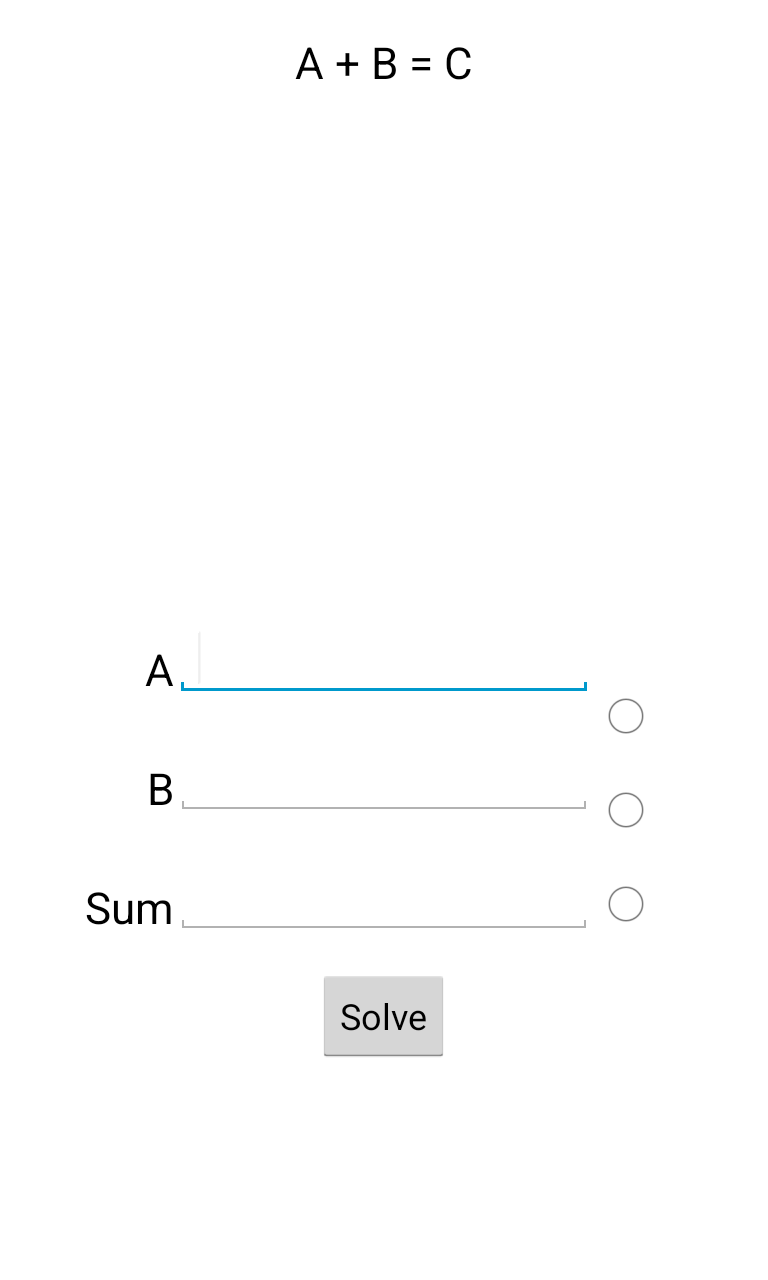
Repository: dtri123/Equation-Station
Layout: TheEquationStation/res/layout/addition_page.xml
An editor plug-in stored every save of this project. The layout is shown before and after the next save, followed by the edit.
It is drawn on a 768 x 1280 px phone screen (xhdpi) without system bars, with theme AppTheme; the app's code is not run.

Above is the layout before, as saved 2013-07-18 17:25:04.

### TheEquationStation/res/layout/addition_page.xml
<?xml version="1.0" encoding="utf-8"?>
<RelativeLayout xmlns:android="http://schemas.android.com/apk/res/android"
    xmlns:tools="http://schemas.android.com/tools"
    android:layout_width="match_parent"
    android:layout_height="match_parent"
    android:paddingBottom="@dimen/activity_vertical_margin"
    android:paddingLeft="@dimen/activity_horizontal_margin"
    android:paddingRight="@dimen/activity_horizontal_margin"
    android:paddingTop="@dimen/activity_vertical_margin"
    tools:context=".Addition_Page" >

     <Button
        android:id="@+id/add_button"
        android:layout_width="wrap_content"
        android:layout_height="wrap_content"
        android:layout_alignParentBottom="true"
        android:layout_centerHorizontal="true"
        android:layout_marginBottom="92dp"
        android:text="Solve" />

    <TextView
        android:id="@+id/textView1"
        android:layout_width="wrap_content"
        android:layout_height="wrap_content"
        android:layout_centerHorizontal="true"
        android:text="A + B = C"
        android:textAppearance="?android:attr/textAppearanceLarge" />

    <RadioGroup
        android:id="@+id/group1"
        android:layout_width="fill_parent"
        android:layout_height="wrap_content"
        android:layout_alignBottom="@+id/editText_AddSum"
        android:layout_toRightOf="@+id/editText_AddSum"
        android:orientation="vertical" >

        <RadioButton
            android:id="@+id/radioButtonAddA"
            android:layout_width="wrap_content"
            android:layout_height="wrap_content" />


		<RadioButton
			android:id="@+id/radioButtonAddB"
			android:layout_width="wrap_content"
			android:layout_height="wrap_content"
			android:layout_marginTop="15dp" />

		<RadioButton
			android:id="@+id/radioButtonSum"
			android:layout_width="wrap_content"
			android:layout_height="wrap_content"
			android:layout_marginTop="15dp"/>
	</RadioGroup>

    <EditText
        android:id="@+id/editText_AddSum"
        android:layout_width="wrap_content"
        android:layout_height="wrap_content"
        android:layout_above="@+id/add_button"
        android:layout_marginBottom="16dp"
        android:layout_centerHorizontal="true"
        android:ems="10"
        android:inputType="numberDecimal" />

    <EditText
        android:id="@+id/editText_AddB"
        android:layout_width="wrap_content"
        android:layout_height="wrap_content"
        android:layout_above="@+id/editText_AddSum"
        android:layout_centerHorizontal="true"
        android:layout_marginBottom="20dp"
        android:ems="10"
        android:inputType="numberDecimal" />

    <TextView
        android:id="@+id/textView4"
        android:layout_width="wrap_content"
        android:layout_height="wrap_content"
        android:layout_alignBottom="@+id/editText_AddB"
        android:layout_toLeftOf="@+id/editText_AddB"
        android:text="B"
        android:textAppearance="?android:attr/textAppearanceLarge" />

    <TextView
        android:id="@+id/textView3"
        android:layout_width="wrap_content"
        android:layout_height="wrap_content"
        android:layout_alignBottom="@+id/editText_AddA"
        android:layout_toLeftOf="@+id/editText_AddA"
        android:text="A"
        android:textAppearance="?android:attr/textAppearanceLarge" />

    <TextView
        android:id="@+id/TextView01"
        android:layout_width="wrap_content"
        android:layout_height="wrap_content"
        android:layout_alignBottom="@+id/editText_AddSum"
        android:layout_toLeftOf="@+id/editText_AddSum"
        android:text="Sum"
        android:textAppearance="?android:attr/textAppearanceLarge" />

    <EditText
        android:id="@+id/editText_AddA"
        android:layout_width="wrap_content"
        android:layout_height="wrap_content"
        android:layout_above="@+id/editText_AddB"
		android:layout_centerHorizontal="true"
        android:layout_marginBottom="20dp"
        android:ems="10"
        android:inputType="numberDecimal" >

        <requestFocus />
    </EditText>

</RelativeLayout>

Loaded but not shown: TheEquationStation/res/values/styles.xml (common file); TheEquationStation/res/values-v11/styles.xml (common file); TheEquationStation/res/values-v14/styles.xml (common file); TheEquationStation/res/values/dimens.xml (common file)

After the next save:
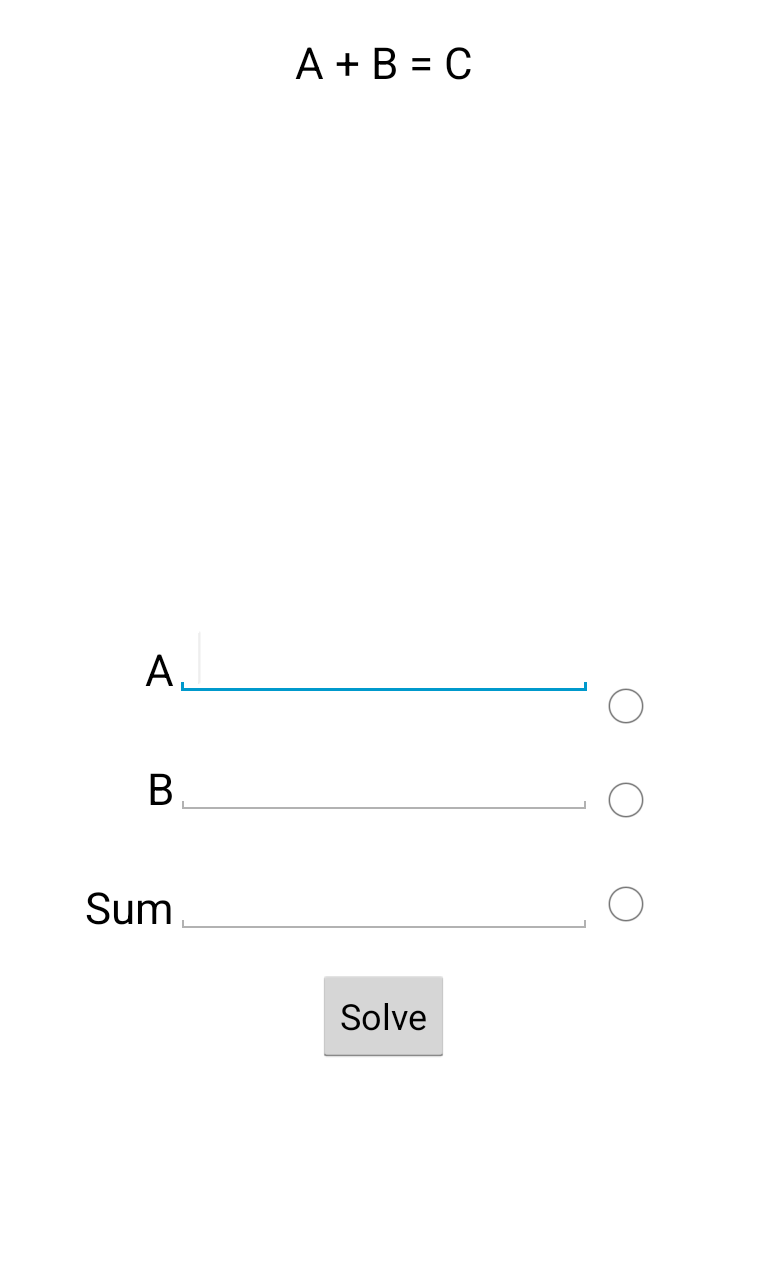
Saved 17 s later.
--- a/TheEquationStation/res/layout/addition_page.xml
+++ b/TheEquationStation/res/layout/addition_page.xml
@@ -50,7 +50,7 @@
 			android:id="@+id/radioButtonSum"
 			android:layout_width="wrap_content"
 			android:layout_height="wrap_content"
-			android:layout_marginTop="15dp"/>
+			android:layout_marginTop="20dp"/>
 	</RadioGroup>
 
     <EditText
